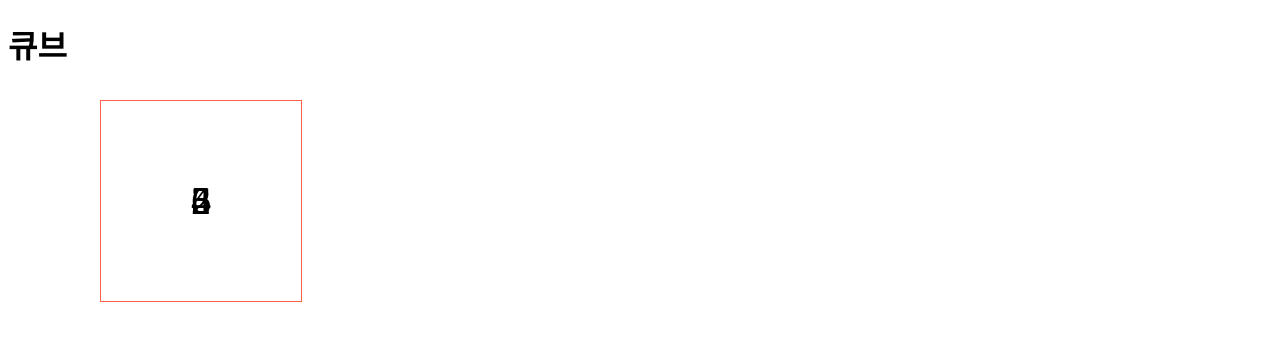
Repository: hojohe/bit-java
Page: 07_css/WebContent/14_transform/cube.html
An editor plug-in stored every save of this project. The page is shown before and after the next save, followed by the edit.
The browser window is 1280 px wide. The pictures show the whole page.

Above is the page before, as saved 2017-01-25 02:48:23.

### 07_css/WebContent/14_transform/cube.html
<!DOCTYPE html>
<html>
<head>
<meta charset="EUC-KR">
<title>큐브만들기</title>

<style>

	#wheel {
		position: absolute;
		width: 200px;height: 200px;
		left: 100px; top: 100px;
	}

	.item {
		position: absolute;
		width: 200px;height: 200px;
		left: 0px; top: 0px;
		border: 1px solid tomato;

		font-size: 40px;
		text-align: center;
		line-height: 200px;
	}

	.item:nth-child(1) {
		background: olive;
		transform: rotateY(0deg) translateZ(100px);
	}
	.item:nth-child(1) {
		background: skyblue;
		transform: rotateY(90deg) translateZ(100px);
	}
	.item:nth-child(1) {
		background: pink;
		transform: rotateY(180deg) translateZ(100px);
	}
	.item:nth-child(1) {
		background: orange;
		transform: rotateY(270deg) translateZ(100px);
	}
	.item:nth-child(1) {
		background: yello;
		transform: rotateX(90deg) translateZ(100px);
	}
	.item:nth-child(1) {
		background: purple;
		transform: rotateX(270deg) translateZ(100px);
	}

</style>



</head>
<body>
	<h1>큐브</h1>
	<div id="wheel">
    	<div class="item">1</div>
        <div class="item">2</div>
        <div class="item">3</div>
        <div class="item">4</div>
        <div class="item">5</div>
        <div class="item">6</div>
	</div>
<!-- 	 <div id="wheel">
            <div class="item"><img src="../images/pic1.jpg" /></div>
            <div class="item"><img src="../images/pic1.jpg" /></div>
            <div class="item"><img src="../images/pic1.jpg" /></div>
            <div class="item"><img src="../images/pic1.jpg" /></div>
            <div class="item"><img src="../images/pic1.jpg" /></div>
            <div class="item"><img src="../images/pic1.jpg" /></div>
            <div class="item"><img src="../images/pic1.jpg" /></div>
            <div class="item"><img src="../images/pic1.jpg" /></div>
            <div class="item"><img src="../images/pic1.jpg" /></div>
	</div> -->
</body>
</html>

After the next save:
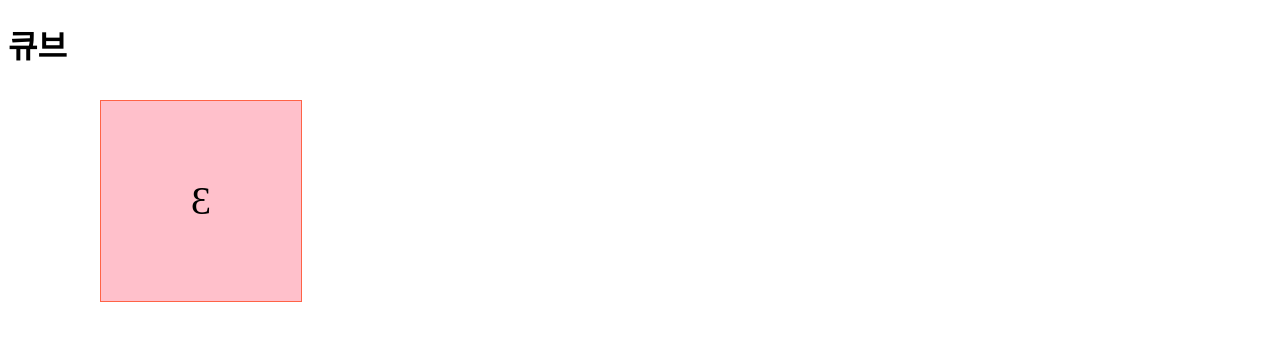
Saved 25 s later.
--- a/07_css/WebContent/14_transform/cube.html
+++ b/07_css/WebContent/14_transform/cube.html
@@ -27,23 +27,23 @@
 		background: olive;
 		transform: rotateY(0deg) translateZ(100px);
 	}
-	.item:nth-child(1) {
+	.item:nth-child(2) {
 		background: skyblue;
 		transform: rotateY(90deg) translateZ(100px);
 	}
-	.item:nth-child(1) {
+	.item:nth-child(3) {
 		background: pink;
 		transform: rotateY(180deg) translateZ(100px);
 	}
-	.item:nth-child(1) {
+	.item:nth-child(4) {
 		background: orange;
 		transform: rotateY(270deg) translateZ(100px);
 	}
-	.item:nth-child(1) {
+	.item:nth-child(5) {
 		background: yello;
 		transform: rotateX(90deg) translateZ(100px);
 	}
-	.item:nth-child(1) {
+	.item:nth-child(6) {
 		background: purple;
 		transform: rotateX(270deg) translateZ(100px);
 	}
